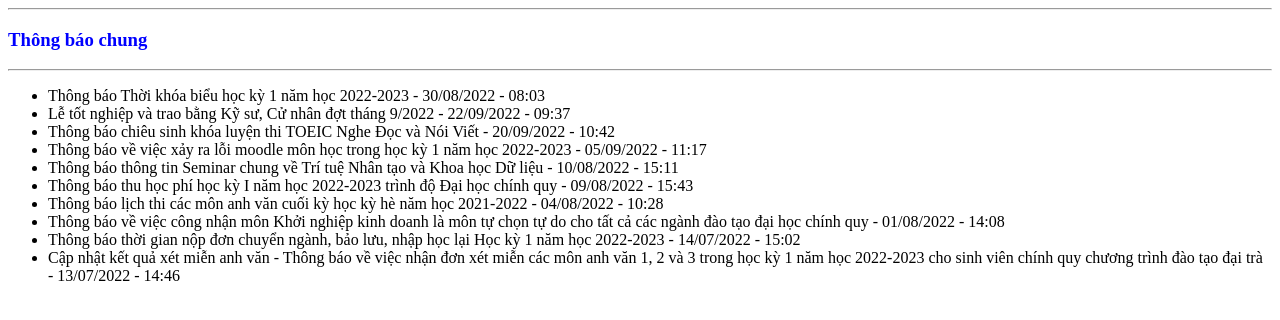
Repository: HoangDuy315/web-dev2022
Page: ex3.html
The author's editor kept a copy of each file at every save. The page is drawn from the files as they stood at one save, then again after the next save.
The browser window is 1280 px wide. The pictures show the whole page.

Above is the page before, as saved 2022-09-22 15:32:33.

After the next save:
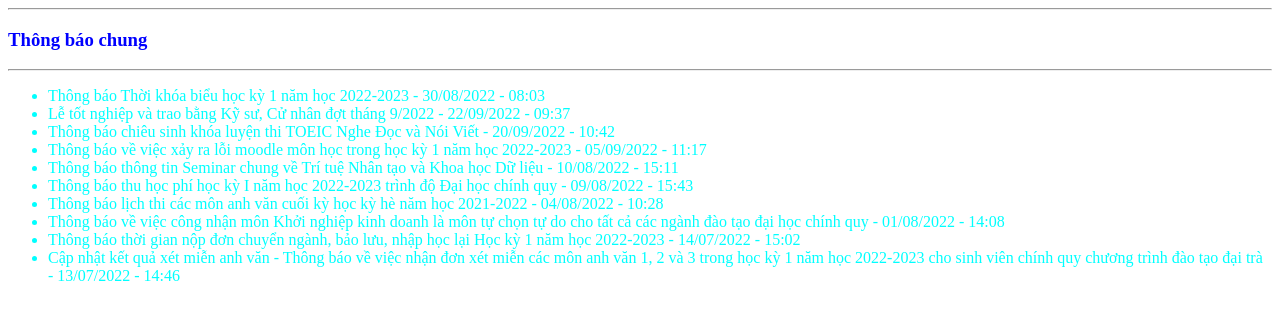
Saved 16 s later.
--- a/ex3.css
+++ b/ex3.css
@@ -1,3 +1,7 @@
 .thongbao {
     color: blue;
 }
+
+.tinnhan {
+    color: aqua;
+}
